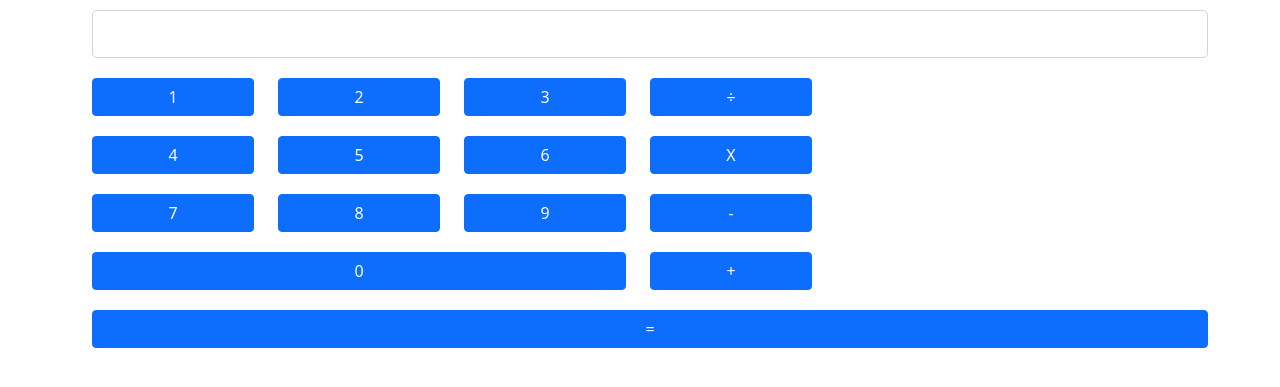
Repository: jsakdalan/CalculatorReactTypescript
Page: /
An editor plug-in stored every save of this project. The page is shown before and after the next save, followed by the edit.
The browser window is 1280 px wide. The pictures show the whole page.
The project was rebuilt for these pictures with package versions that can differ from the ones it lists, and the page was loaded fresh each time. Also part of the build but not shown: src/App.css.

Above is the page before, as saved 2022-06-07 16:12:08.

After the next save:
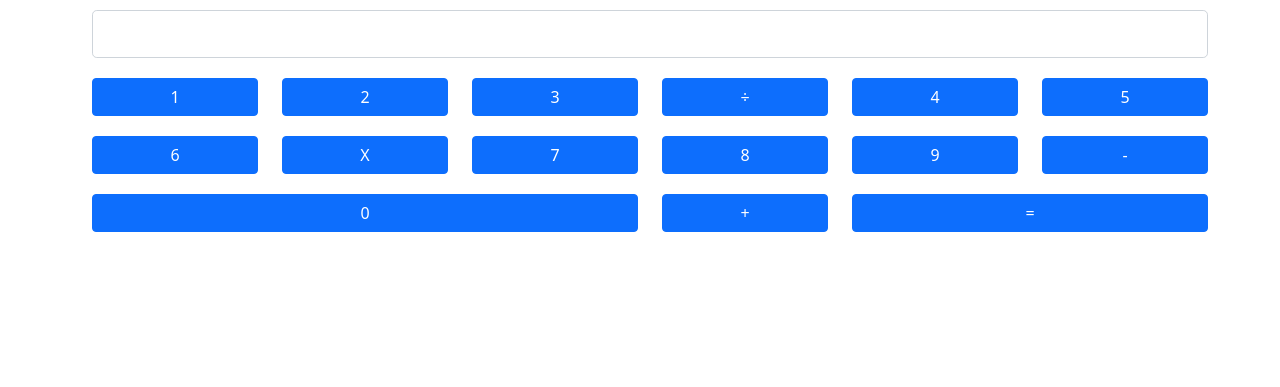
Saved 61 s later.
--- a/src/pages/Calculator.tsx
+++ b/src/pages/Calculator.tsx
@@ -44,28 +44,25 @@ export default function TextEditor(){
                     <Col><Screen styling="screen"/></Col>
                 </Row>
                 <Row>
-                    <Row>
+
                         <Col md={2}><Buttons styling="numerical" btnNumber="1"/></Col>
                         <Col md={2}><Buttons styling="numerical" btnNumber="2"/></Col>
                         <Col md={2}><Buttons styling="numerical" btnNumber="3"/></Col>
                         <Col md={2}><Buttons styling="operational" btnNumber="&#247;"/></Col>
-                    </Row>
-                    <Row>
+
                         <Col md={2}><Buttons styling="numerical" btnNumber="4"/></Col>
                         <Col md={2}><Buttons styling="numerical" btnNumber="5"/></Col>
                         <Col md={2}><Buttons styling="numerical" btnNumber="6"/></Col>
                         <Col md={2}><Buttons styling="operational" btnNumber="X"/></Col>
-                    </Row>
-                    <Row>
+
                         <Col md={2}><Buttons styling="numerical" btnNumber="7"/></Col>
                         <Col md={2}><Buttons styling="numerical" btnNumber="8"/></Col>
                         <Col md={2}><Buttons styling="numerical" btnNumber="9"/></Col>
                         <Col md={2}><Buttons styling="operational" btnNumber="-"/></Col>
-                    </Row>
-                    <Row>
+
                         <Col md={6}><Buttons styling="numerical" btnNumber="0"/></Col>
                         <Col md={2}><Buttons styling="numerical" btnNumber="+"/></Col>
-                    </Row>
+
                     <Col><Buttons styling="numerical" btnNumber="="/></Col>
                 </Row>
             </Container>
